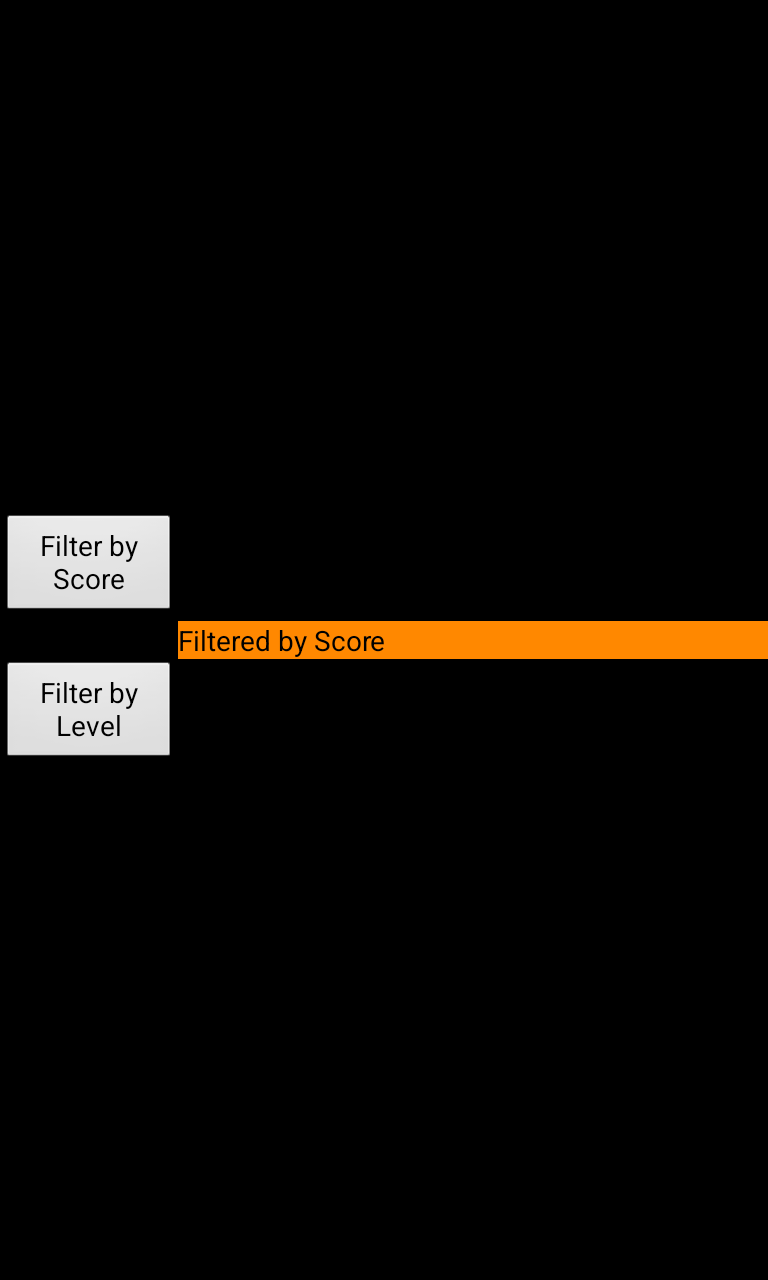
Repository: valleskeyp/IADHub
Layout: MGDGame-android/res/layout/main.xml
An editor plug-in stored every save of this project. The layout is shown before and after the next save, followed by the edit.
It is drawn on a 768 x 1280 px phone screen (xhdpi) without system bars, with theme android:Theme.NoTitleBar.Fullscreen; the app's code is not run. Lists and similar views that code fills are empty.

Above is the layout before, as saved 2013-07-29 23:10:41.

After the next save:
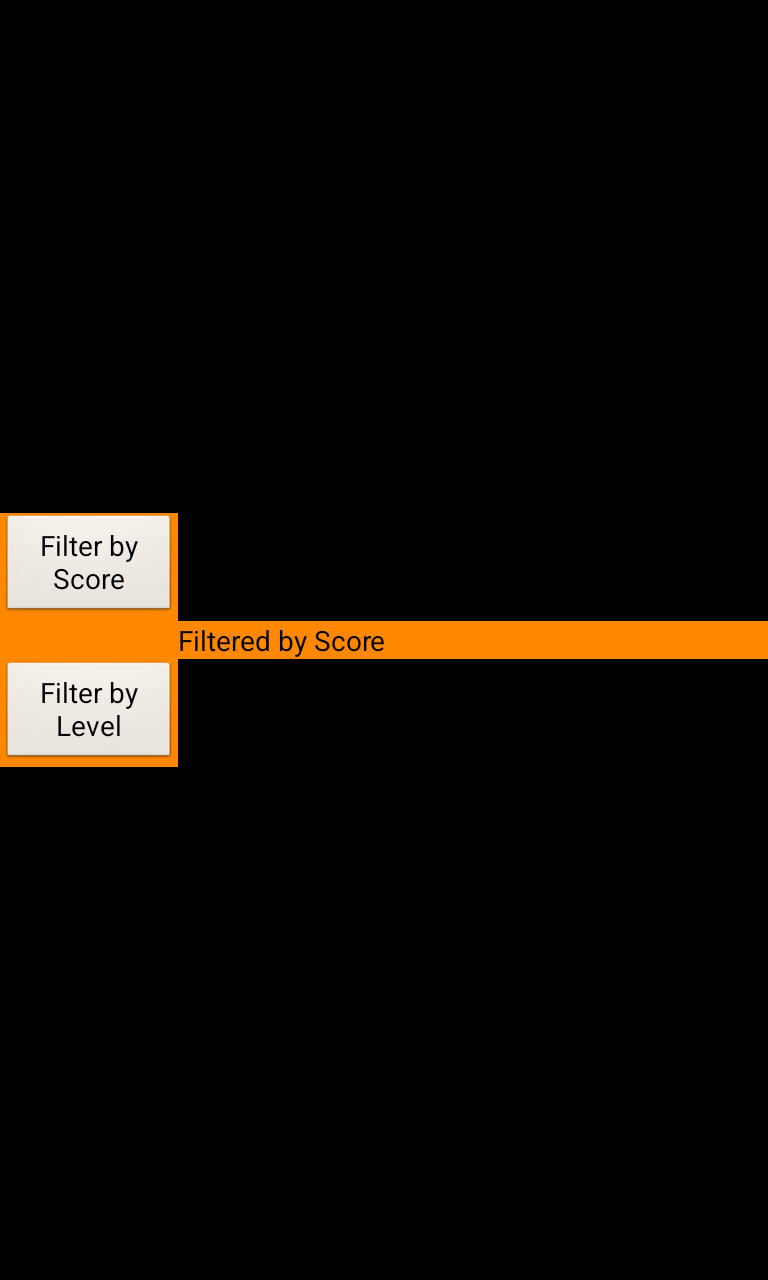
Saved 13 s later.
--- a/MGDGame-android/res/layout/main.xml
+++ b/MGDGame-android/res/layout/main.xml
@@ -8,7 +8,8 @@
 	    android:layout_width="wrap_content"
 	    android:layout_height="wrap_content"
 	    android:orientation="vertical"
-	    android:layout_gravity="center_vertical" >
+	    android:layout_gravity="center_vertical"
+	    android:background="@android:color/holo_orange_dark" >
 
 	    <Button
 	        android:id="@+id/filterScore"
